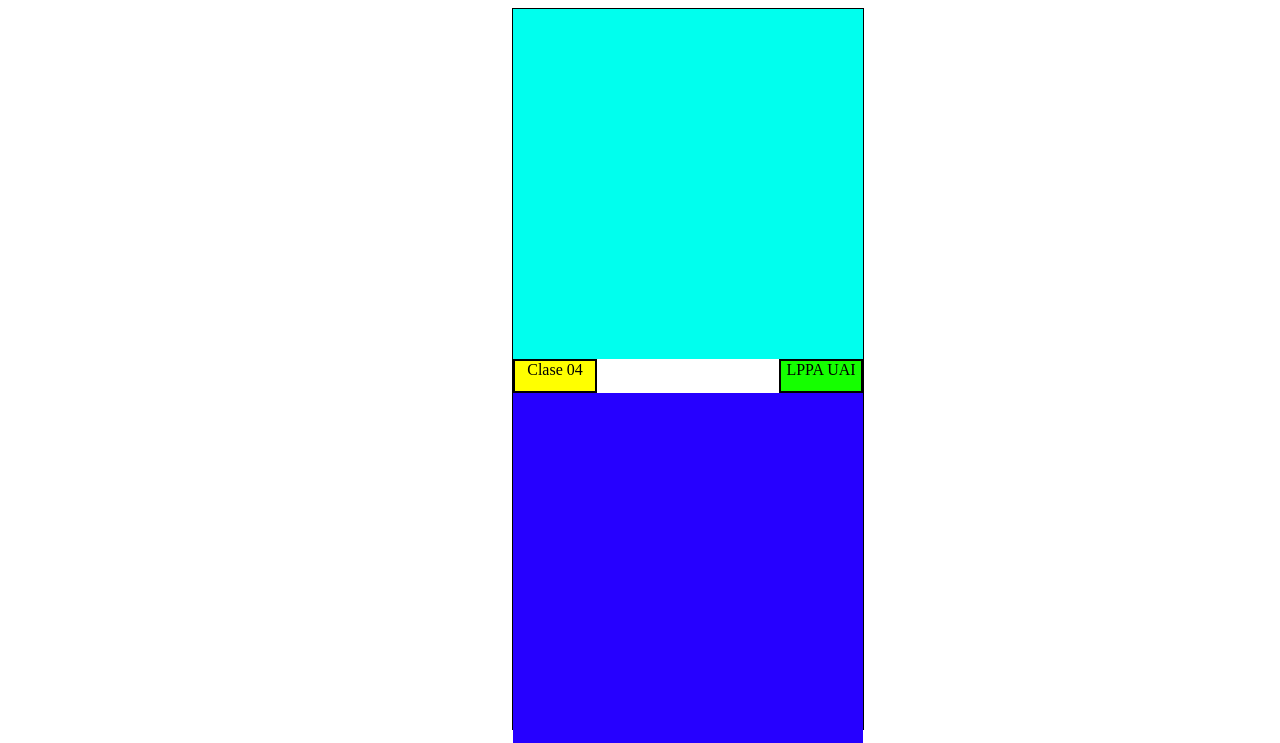
Repository: Divineridh/LPPAChallenges
Page: Trabajos en Clase/ejercicio clase 04-2/index.html
These files come from the project's save history. The page is drawn as it stood at one moment and after a run of saves; the edit follows.
The browser window is 1280 px wide. The pictures show the whole page.

Above is the page before, as saved 2022-04-26 21:02:26.

After the next 2 saves:
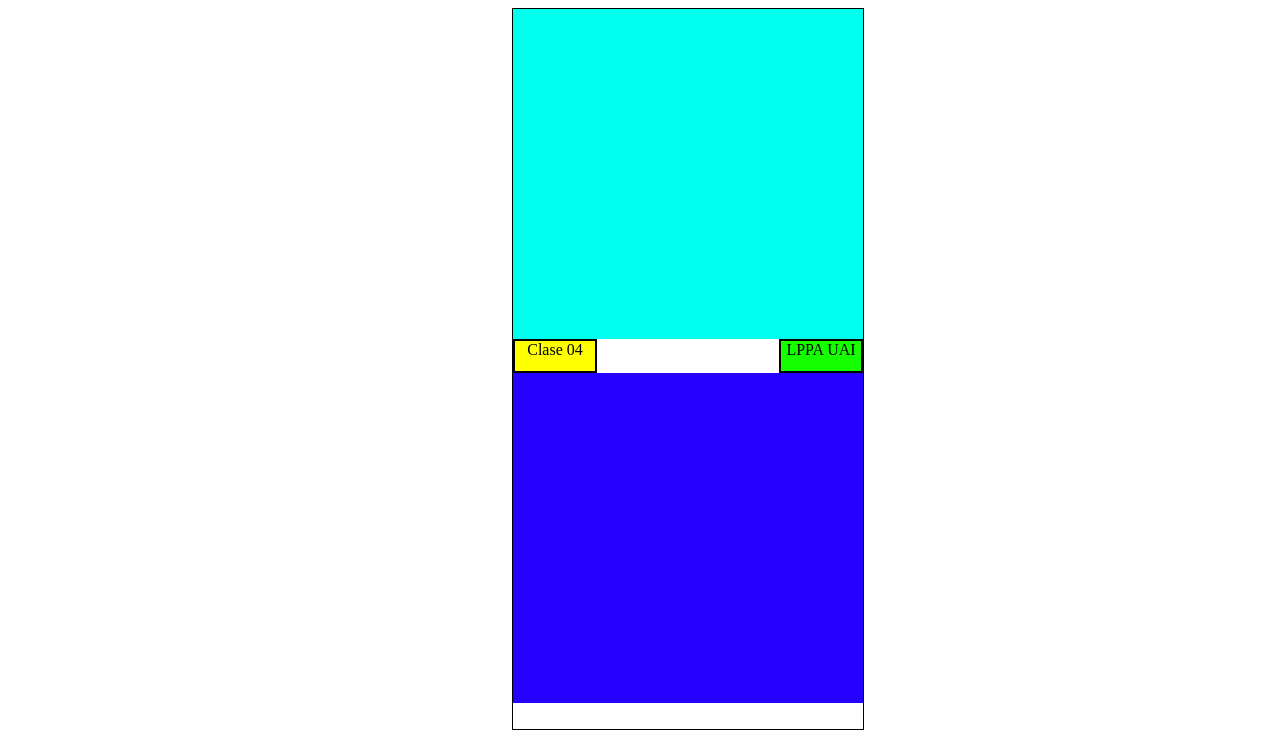
The 2 saves are shown as one change because they came seconds apart.
The last was saved 11 s later.
--- a/Trabajos en Clase/ejercicio clase 04-2/styles.css
+++ b/Trabajos en Clase/ejercicio clase 04-2/styles.css
@@ -17,7 +17,7 @@
 .squares {
     display: relative;
     width: 350px;
-    height: 350px;
+    height: 330px;
 }
 
 .mini1 {
